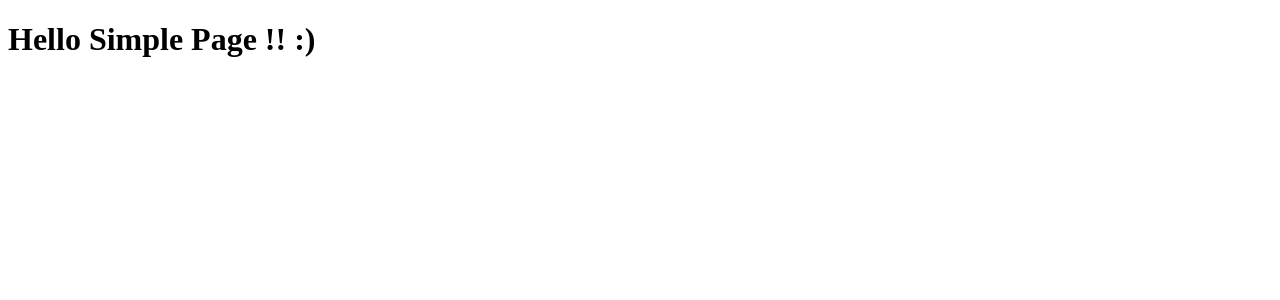
Repository: uditjain100/JavaScript-for-Web
Page: 10.Promises/simple.html
These files come from the project's save history. The page is drawn as it stood at one moment and after the next save; the edit follows.
The browser window is 1280 px wide. The pictures show the whole page.

Above is the page before, as saved 2021-01-23 16:15:32.
Console error: SyntaxError: missing ) after argument list

After the next save:
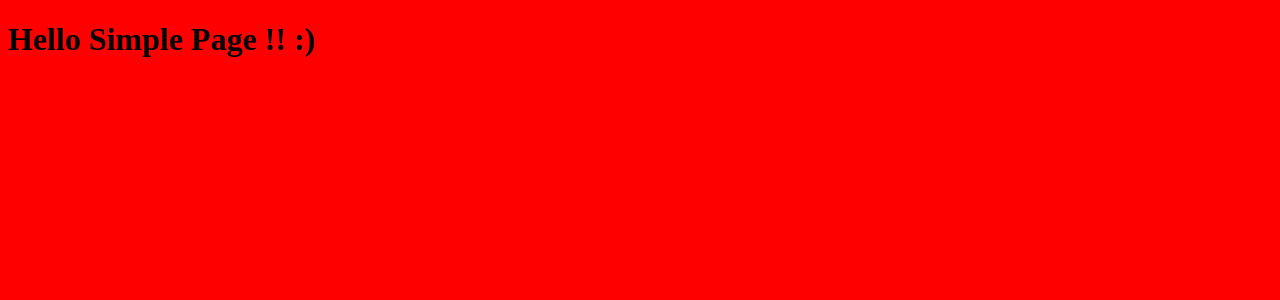
The error is gone.
Saved 16 s later.
--- a/10.Promises/app.js
+++ b/10.Promises/app.js
@@ -1,3 +1,3 @@
 setTimeout(() => {
-    document.body.style.backgroundColor = 'red';
-}.1000)
+  document.body.style.backgroundColor = "red";
+}, 1000);
